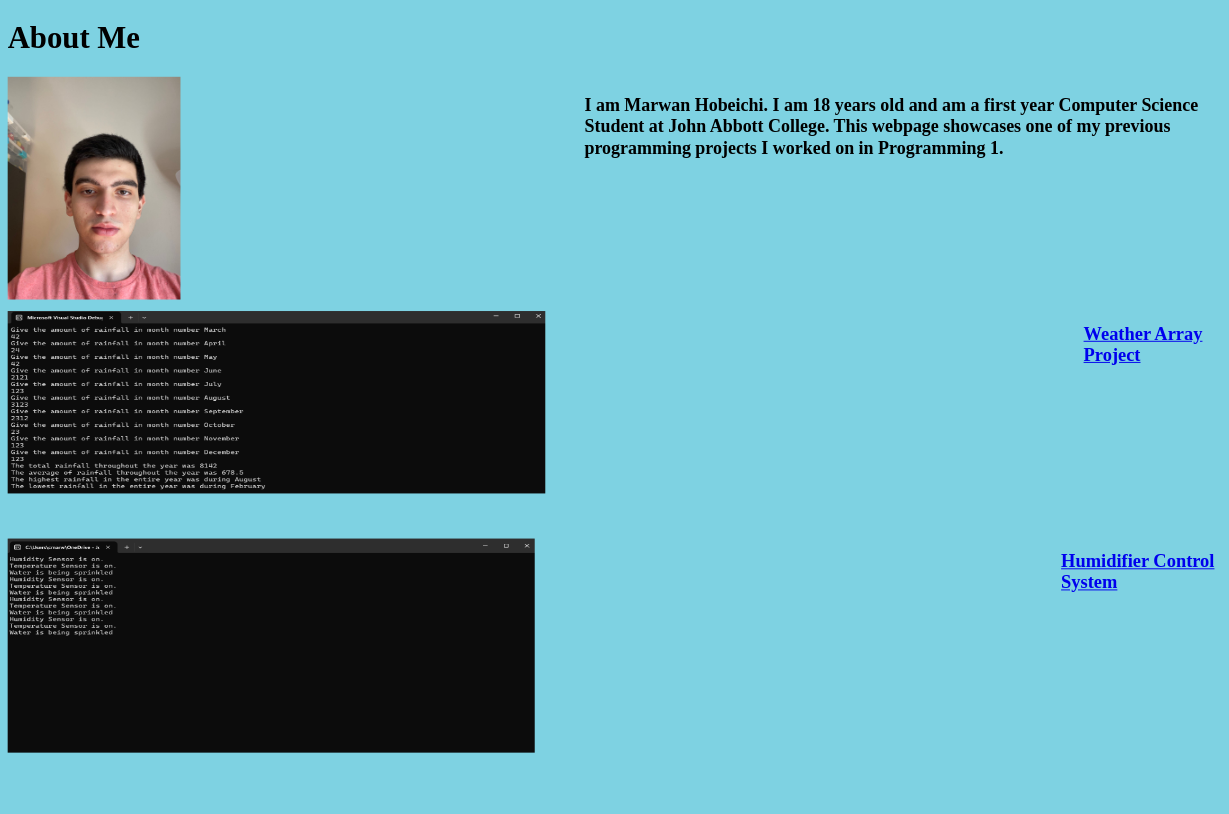
Repository: captainm64/captainm64
Page: index.html
These files come from the project's save history. The page is drawn as it stood at one moment and after the next save; the edit follows.
The browser window is 1280 px wide. The pictures show the whole page, at 96% of full size.

Above is the page before, as saved 2026-05-14 13:23:36.

### index.html
<!DOCTYPE html>
<html>
    <head>
        <link rel = "stylesheet" href = "./styles/index.css" />
         <link rel = "stylesheet" href = "./styles/global.css" />
         <title>HomePage</title>
    </head>
<body>
<Header id = "Title">
<main>
<h1> About Me </h1>

<div class = "Me">

 <div>
 <img src="./assets/images/Marwan.jpg" alt = "Marwan Hobeichi looking at the camera"/>
 </div>

 <h3> I am Marwan Hobeichi. I am 18 years old and am a first year Computer Science Student at John Abbott College. This webpage showcases one of my previous programming projects I worked on in Programming 1.</h3>

</div>



<div class = "projtxt">

 <div>
 <img src="./assets/images/demo2.png" alt = "Demonstration of an old project"/>
 </div>

 <a href = projectshow.html><h1>Weather Array Project</h1></a>

</div>

<div class = "projtxt">

 <div>
 <img src="./assets/images/demo3.png" alt = "Demonstration of an old project."/>
 </div>

 <a href = projectshow2.html><h1>Humidifier Control System</h1></a>

</div>
</main>
</html>

### styles/index.css
html{

   background-color: rgb(126, 210, 226);
}

img{

   height: 55%;
   width: 45%;
}

.Me{

   display: flex;

   flex-direction: column;
}

.projtxt{

   display: flex;

   flex-direction: column;

}

.projtxt img {

   height: 100%;
   width: 100%

}

.demos{

   display: flex;

   justify-content: space-evenly;

   flex-direction: column;

}

.demos{

   height: 50rem;
   width: 80rem
}

.img2{

      height: 30%;
      width: 100%
}

#Main{

font-size: 30rem;
font-family: "timesnewromanbold";
color: rgb(0, 0, 0);


}


/*Tablet*/
@media (min-width: 768px) {

    img{

   height: 95%;
   width: 50%;
   }

   .Me{

   display: flex;

   flex-direction: row;
   }

.projtxt{

      display: flex;
      flex-direction: row;
      font-size: 80%

   }

   .projtxt img {

   width: 50%

  }

  .demos{

   height: 70%;
   width: 150%;


   display: flex;
   flex-direction: row
   }


}

/* laptop */
@media(min-width: 1025px)
{
     img{

   height: 95%;
   width: 30%;
   }


  .Me{

   display: flex;

   flex-direction: row;
   }

   .projtxt{

          display: flex;

      flex-direction: row;

      font-size: 60%
   }


   .projtxt img {

   height: 80%

  }

  .demos{

   height: 70%;
   width: 150%;
    display: flex;
    justify-content: left;
   flex-direction: row
}

}

### styles/global.css

@font-face {

    font-family: "timesnewroman";
    src: url(/assests/fonts/timesnewroman.ttf);
}

After the next save:
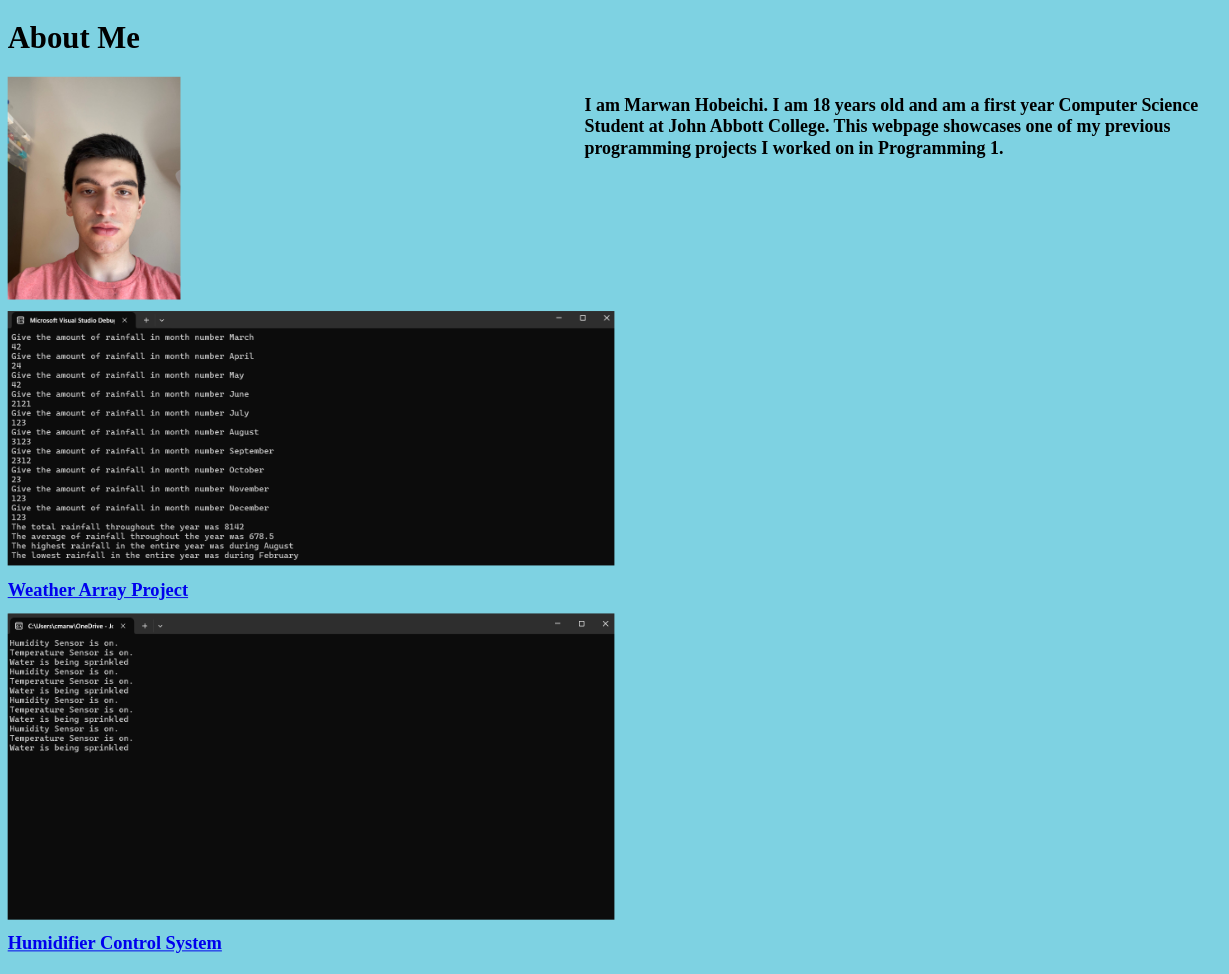
Saved 14 min 50 s later.
--- a/styles/index.css
+++ b/styles/index.css
@@ -82,7 +82,7 @@ color: rgb(0, 0, 0);
 .projtxt{
 
       display: flex;
-      flex-direction: row;
+      flex-direction: column;
       font-size: 80%
 
    }
@@ -127,7 +127,7 @@ color: rgb(0, 0, 0);
 
           display: flex;
 
-      flex-direction: row;
+      flex-direction: column;
 
       font-size: 60%
    }
